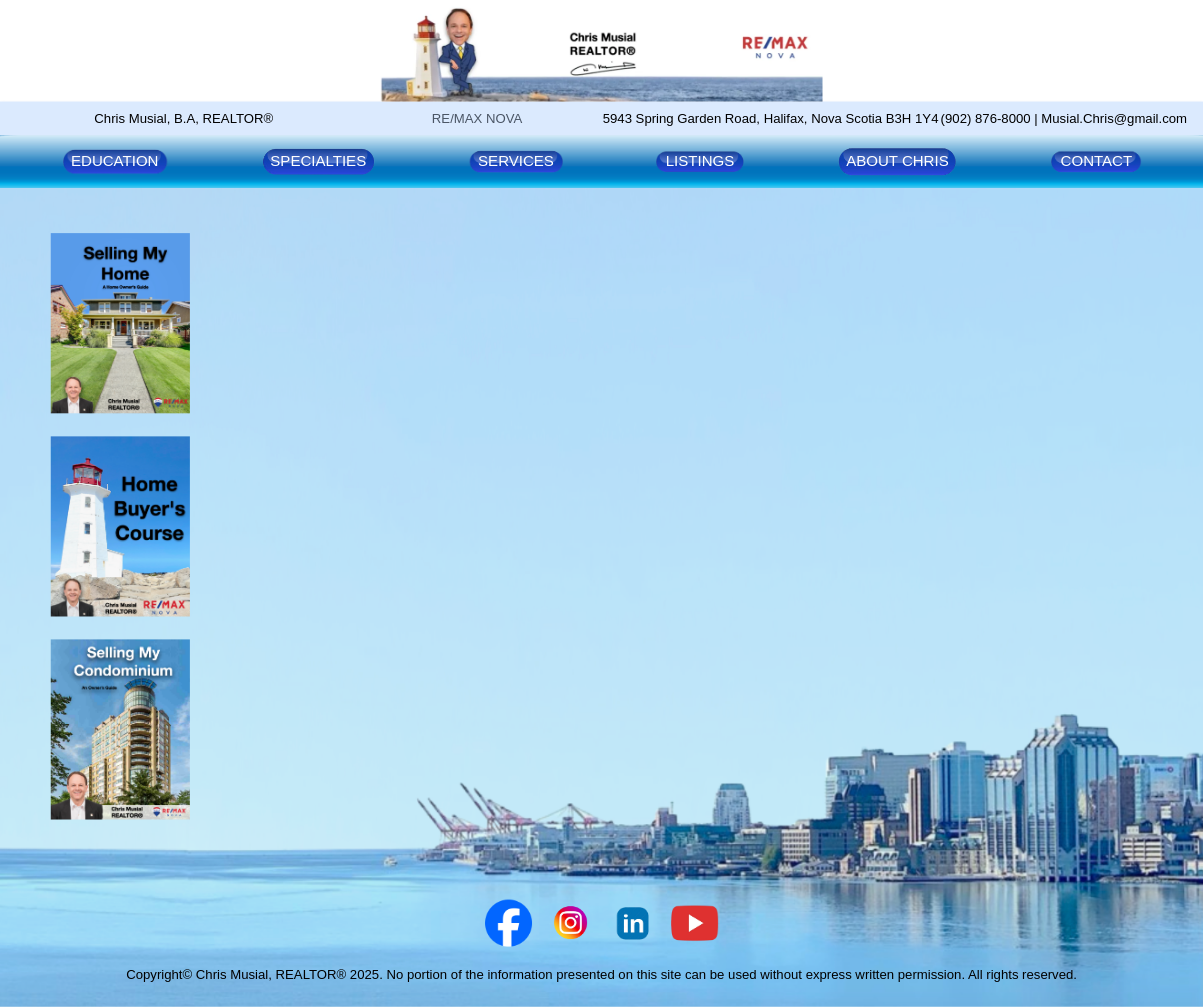
Repository: TMuse333/father-website
Page: / (app in frontend/)
The author's editor kept a copy of each file at every save. The page is drawn from the files as they stood at one save, then again after the next save.
The browser window is 1280 px wide. The pictures show the whole page, at 94% of full size.
The project was rebuilt for these pictures with package versions that can differ from the ones it lists, and the page was loaded fresh each time. The framework's server and built-in components were replaced by stand-ins that run in the browser. Also part of the build but not shown: frontend/next.config.ts.

Above is the page before, as saved 2025-05-24 16:19:39.

### frontend/src/app/page.tsx
import { Metadata } from "next";



import Homepage from "@/components/homepage/homepage";

export const metadata: Metadata = {
  title: "Chris Musial | Halifax Real Estate Agent",
  description:
    "Chris Musial is a dedicated RE/MAX Nova real estate agent in Halifax, Nova Scotia, offering personalized services for buying, selling, and investing in properties.",
  keywords: [
    "Chris Musial",
    "Halifax real estate agent",
    "Real estate Halifax Nova Scotia",
    "RE/MAX Nova agent",
    "Halifax property services",
  ],
  openGraph: {
    title: "Chris Musial | Halifax Real Estate Agent",
    description:
      "Explore professional real estate services with Chris Musial at RE/MAX Nova in Halifax, Nova Scotia, for all your property needs.",
    url: "https://www.ChrisMusial.realtor",
    images: [
      {
        url: "https://www.ChrisMusial.realtor/father-header.png",
        width: 1200,
        height: 630,
        alt: "Chris Musial | RE/MAX Nova Real Estate Agent Halifax",
      },
    ],
    type: "website",
    locale: "en_US",
    siteName: "Chris Musial | Halifax Real Estate Agent",
  },
  icons: {
    icon: ["/favicon.ico?v=4"],
  },
};

export default function Home() {






  return (
<Homepage/>
  );
}

### frontend/src/components/homepage/homepage.tsx
"use client";

import Image from "next/image";


import { motion } from "framer-motion";

import Navbar from "@/components/navbar/navbar";
import Link from "next/link";
const Homepage = () => {




  const socialMedia = [
    {
        name: "Facebook",
        url: "https://www.facebook.com/Musial.Chris/",
        image: "/facebook.png",
      },


    {
      name: "Instagram",
      url: "https://www.instagram.com/chris_musial_real_estate/",
      image: "/instagram-logo.png",
    },
    {
      name: "LinkedIn",
      url: "https://www.linkedin.com/in/musialchris/?originalSubdomain=ca",
      image: "/linkedin-logo.png",
    },
    {
        name: "YouTube",
        url: "https://www.youtube.com/@ChrisMusialMarketingDirector",
        image: "/YouTube.png",
      },
  ];

  return (
    <div className="min-h-screen bg-gray-100 text-black flex flex-col relative">
      {/* Background Image */}
      <Image
        src="/portrait.png"
        alt="Cityscape Background"
        fill
        className="object-cover z-0 object-[50%_100%]
        sm:object-[0_120%] md:object-[0_100%]"
        priority
        // style={{ objectPosition: "0 100%" }}
      />

      {/* Header Section */}
      <header className="relative z-10 bg-white">
        <div className="relative w-screen h-[15vh] max-h-[150px]">
          <Image
            src="/father-header.webp"
            alt="Chris Musial Realtor"
            fill
            className="object-contain
            mx-auto"
            priority
          />
          {/* <div className=" absolute left-1/2 -translate-x-1/2
          top-1/2 flex flex-col">
             <h1 className="text-2xl font-bold text-black text-center  flex items-center justify-center z-[2]">
            Chris Musial
            <br/>REALTOR
          </h1> */}

          {/* <Image
          width={600}
          height={1300}
          src="/signature.png"
          alt='Chris musial signature'
          className="object-cover
          w-[40vw] max-w-[200px] mx-auto

         "
          />
          </div> */}


        </div>
        <div className="w-screen mx-auto flex flex-col sm:flex-row justify-between items-center bg-white shadow
       bg-blue-200">
          <div className="flex flex-col
          py-2  bg-blue-100 md:flex-row justify-between items-center w-full px-4 text-center
          max-w-[2000px]">
            <div className="flex flex-col md:flex-row text-xs md:text-sm md:w-1/2 justify-around mb-4 md:mb-0">
              <p>Chris Musial, B.A, REALTOR®</p>
              <p className="text-gray-600">RE/MAX NOVA</p>
            </div>
            <div className="flex flex-col md:flex-row text-xs md:text-sm md:w-1/2 justify-around">
              <p>5943 Spring Garden Road, Halifax, Nova Scotia B3H 1Y4</p>
              <p>(902) 876-8000 | Musial.Chris@gmail.com</p>
            </div>
          </div>
        </div>
      </header>

      {/* Navigation Section */}
     <Navbar
     excludedLink="Home"
     />


      {/* Brochure Section */}
      <section className="py-12 px-0 relative z-10">
      {/* <h2 className="text-3xl font-bold text-black mb-8 pl-4 md:pl-8">Resources</h2> */}
      <div className="flex flex-col gap-6 w-full md:w-48 ml-0 pl-4 md:pl-8">
        {[
          { src: "/home.png", alt: "Home Buyer's Course",
        link:'/SellingMyHome' },
          { src: "/buyer.png", alt: "Selling My Home",
          link:'/HomeBuyersCourse' },
          { src: "/condo.png", alt: "Selling My Condominium",
          link:'/SellingMyCondo' },
        ].map((item, index) => (
          <motion.div
            key={item.alt}
            className="relative w-48 h-48
            hover:scale-[1.1] transition-transform"
            initial={{ opacity: 0, x: -20 }}
            animate={{ opacity: 1, x: 0 }}
            transition={{ duration: 0.5, delay: index * 0.2 }}
          >
            <Link href={item.link}>


            <Image
              src={item.src}
              alt={item.alt}
              fill
              className="object-contain rounded-lg"
            />
            </Link>
          </motion.div>
        ))}
      </div>
    </section>

      {/* Contact Section */}
      {/* <section className="max-w-7xl mx-auto py-12 px-4 relative z-10">
        <h2 className="text-3xl font-bold text-black mb-8">Contact Me</h2>
        <p className="pr-10 w-full text-lg text-gray-700 mb-8">
          Fill out this form with your project details, and we’ll respond promptly
          to discuss elevating your online presence and taking your business{" "}
          <span className="font-semibold">to the next level.</span>
        </p>
        <form className="max-w-lg">
          <input
            type="text"
            placeholder="Your Name"
            className="w-full p-3 mb-4 border rounded"
          />
          <input
            type="email"
            placeholder="Your Email"
            className="w-full p-3 mb-4 border rounded"
          />
          <textarea
            placeholder="Your Project Details"
            className="w-full p-3 mb-4 border rounded"
          ></textarea>
          <button
            type="submit"
            className="bg-blue-600 text-white p-3 rounded hover:bg-blue-700"
          >
            Submit
          </button>
        </form>
      </section> */}

      {/* Footer Section */}
      <footer className="py-6 relative z-10 text-black
        ">
        <div className="max-w-7xl mx-auto px-4 flex flex-col items-center">
        <div className="flex space-x-4 mb-2">
            {socialMedia.map((platform) => (
              <a
                key={platform.name}
                href={platform.url}
                target="_blank"
                rel="noopener noreferrer"
                className="hover:scale-[1.1] transition-all"
              >
                <Image
                  src={platform.image}
                  alt={`${platform.name} Logo`}
                  width={32}
                  height={32}

                  className={` transition-transform duration-300 object-contain ${
                    platform.name === "instagram" ? "w-[100px] h-[100px] scale-[2] hover:scale-[2.5]" : "w-[50px] hover:scale-110 h-[75px]"
                  }`}
                />
              </a>
            ))}
          </div>
          <p className="text-sm text-center">
            Copyright© Chris Musial, REALTOR® 2025. No portion of the information
            presented on this site can be used without express written permission.
            All rights reserved.
          </p>
        </div>
      </footer>
    </div>
  );
}

export default Homepage

### frontend/src/components/navbar/navbar.tsx

"use client";

import React, { useState } from "react";
import { Menu, X } from "lucide-react";
import Link from 'next/link'

interface NavbarProps {
  excludedLink?: string;
}

const Navbar: React.FC<NavbarProps> = ({ excludedLink }) => {
  const [isMenuOpen, setIsMenuOpen] = useState(false);

  const toggleMenu = () => {
    setIsMenuOpen(!isMenuOpen);
  };

  const navItems = [
    { name: "Home", href: "/" },
    { name: "Education", href: "#education" },
    { name: "Specialties", href: "#specialties" },
    { name: "Services", href: "#services" },
    { name: "Listings", href: "#listings" },
    { name: "About Chris", href: "#about-chris" },
    { name: "Contact", href: "/contact" },
  ];

  const filteredNavItems = excludedLink
    ? navItems.filter(
        (item) => item.name.toLowerCase() !== excludedLink.toLowerCase()
      )
    : navItems;

  return (
    <nav
      className="text-white p-2 relative z-10"
      style={{
        backgroundImage: "url('/container.png')",
        backgroundSize: "cover",
        backgroundPosition: "center",
      }}
    >
      <div className="max-w-7xl mx-auto px-4">
        <div className="flex justify-between items-center md:hidden">
          <button onClick={toggleMenu} className="p-2 focus:outline-none">
            {isMenuOpen ? <X size={24} /> : <Menu size={24} />}
          </button>
        </div>
        <div
          className={`${
            isMenuOpen ? "flex" : "hidden"
          } md:flex flex-col md:flex-row md:justify-around md:space-x-4 space-y-2 md:space-y-0 py-2 md:py-0 transition-all duration-300 ease-in-out

          md:text-md`}
        >
          {filteredNavItems.map((item) => (
            <Link
              key={item.name}
              href={item.href}
              className="px-4 py-2 rounded hover:scale-[1.15] text-center transition-all
             "
              style={{
                backgroundImage: "url('/button-bg.png')",
                backgroundSize: "cover",
                backgroundPosition: "center",
              }}
              onClick={() => setIsMenuOpen(false)}
            >
              {item.name.toUpperCase()}
            </Link>
          ))}
        </div>
      </div>
    </nav>
  );
};

export default Navbar;

Loaded but not shown: frontend/src/app/layout.tsx (common file); frontend/src/app/globals.css (common file)

After the next save:
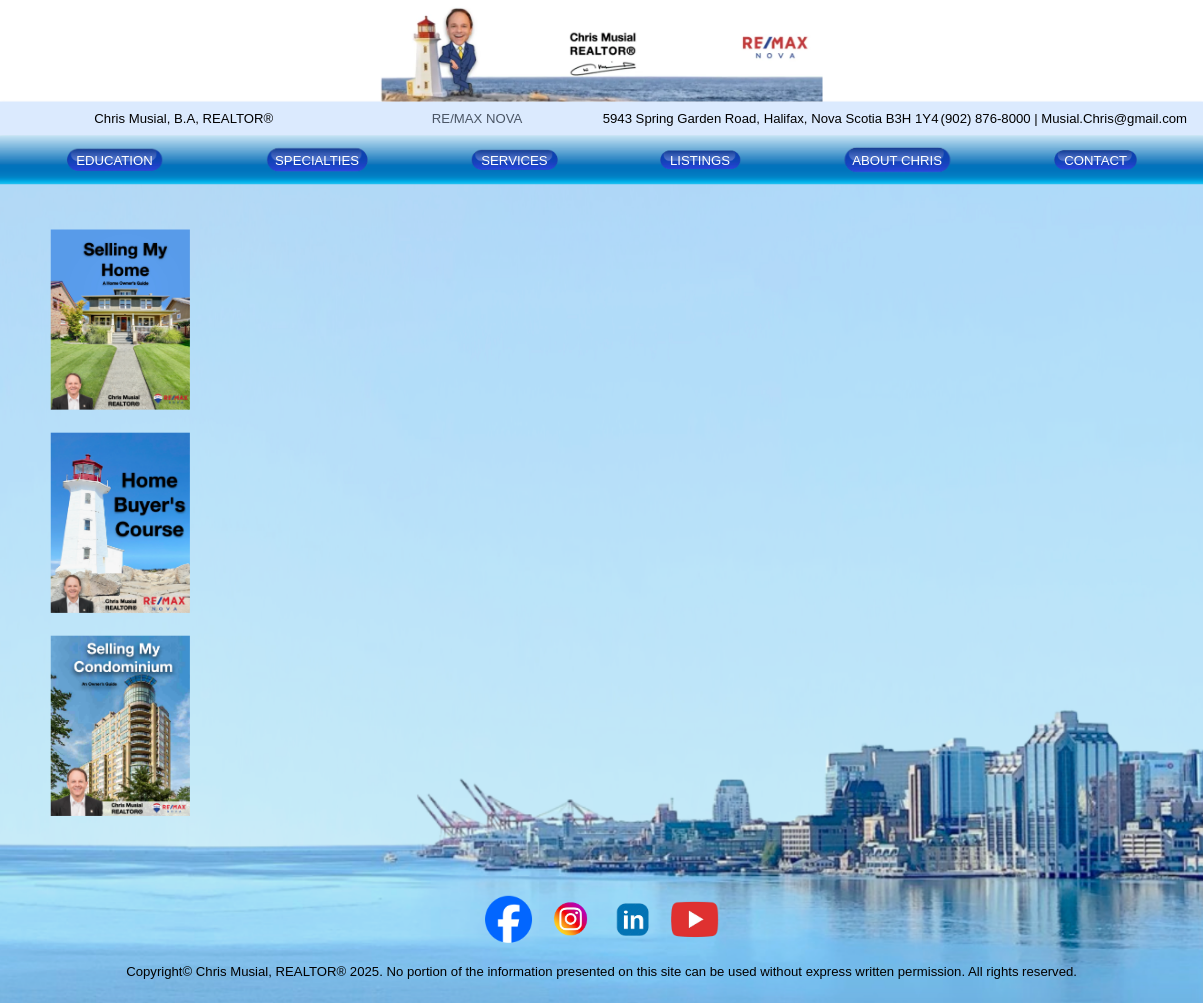
Saved 27 s later.
--- a/frontend/src/components/navbar/navbar.tsx
+++ b/frontend/src/components/navbar/navbar.tsx
@@ -52,7 +52,7 @@
             isMenuOpen ? "flex" : "hidden"
           } md:flex flex-col md:flex-row md:justify-around md:space-x-4 space-y-2 md:space-y-0 py-2 md:py-0 transition-all duration-300 ease-in-out
 
-          md:text-md`}
+          md:text-sm`}
         >
           {filteredNavItems.map((item) => (
             <Link

After the 4 saves that followed:
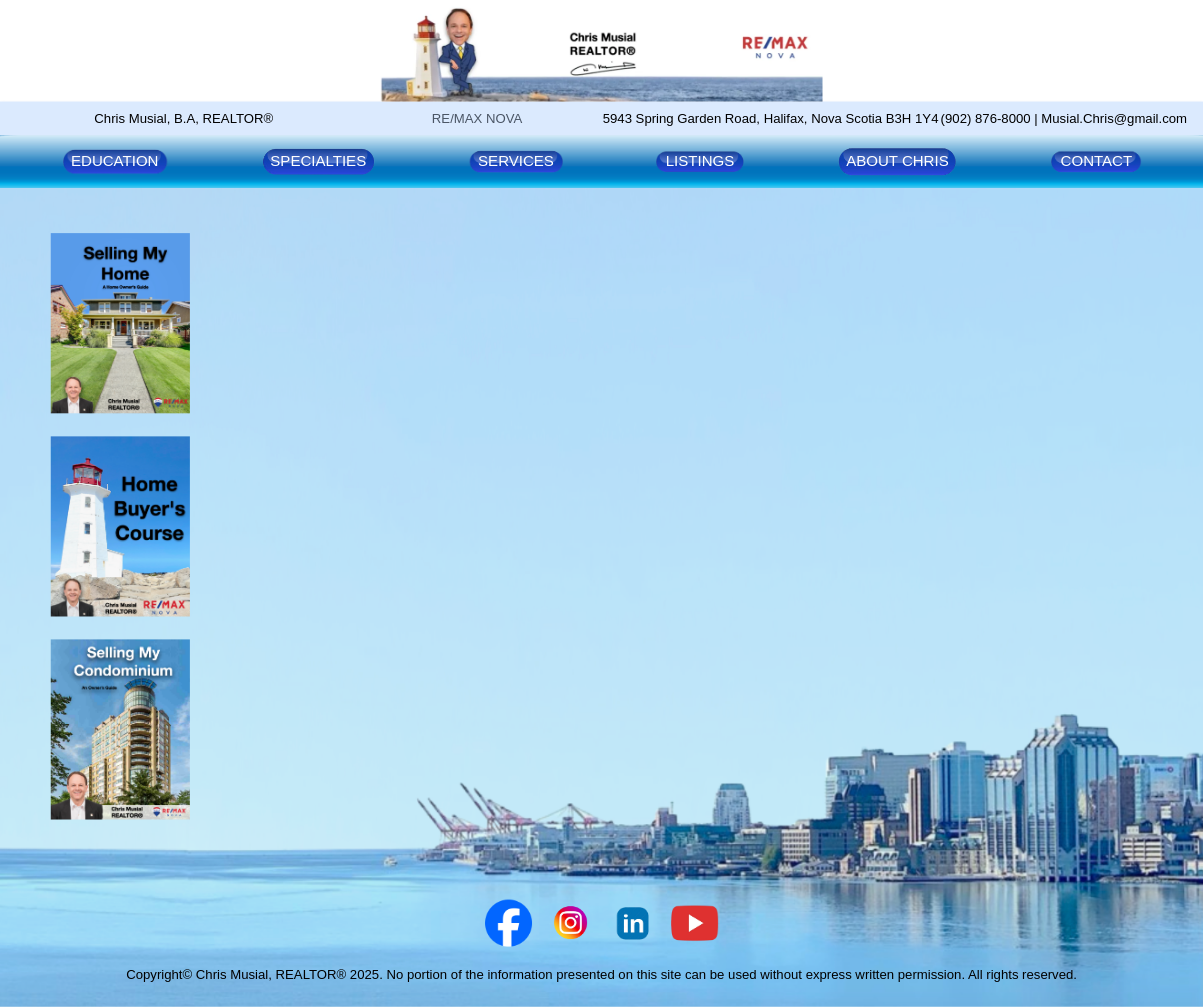
The 4 saves are shown as one change because 1 left the picture as it was and some came seconds apart.
The last was saved 25 s later.
--- a/frontend/src/components/navbar/navbar.tsx
+++ b/frontend/src/components/navbar/navbar.tsx
@@ -52,7 +52,7 @@
             isMenuOpen ? "flex" : "hidden"
           } md:flex flex-col md:flex-row md:justify-around md:space-x-4 space-y-2 md:space-y-0 py-2 md:py-0 transition-all duration-300 ease-in-out
 
-          md:text-sm`}
+          `}
         >
           {filteredNavItems.map((item) => (
             <Link
@@ -67,7 +67,10 @@
               }}
               onClick={() => setIsMenuOpen(false)}
             >
+              <p>
               {item.name.toUpperCase()}
+              </p>
+
             </Link>
           ))}
         </div>
